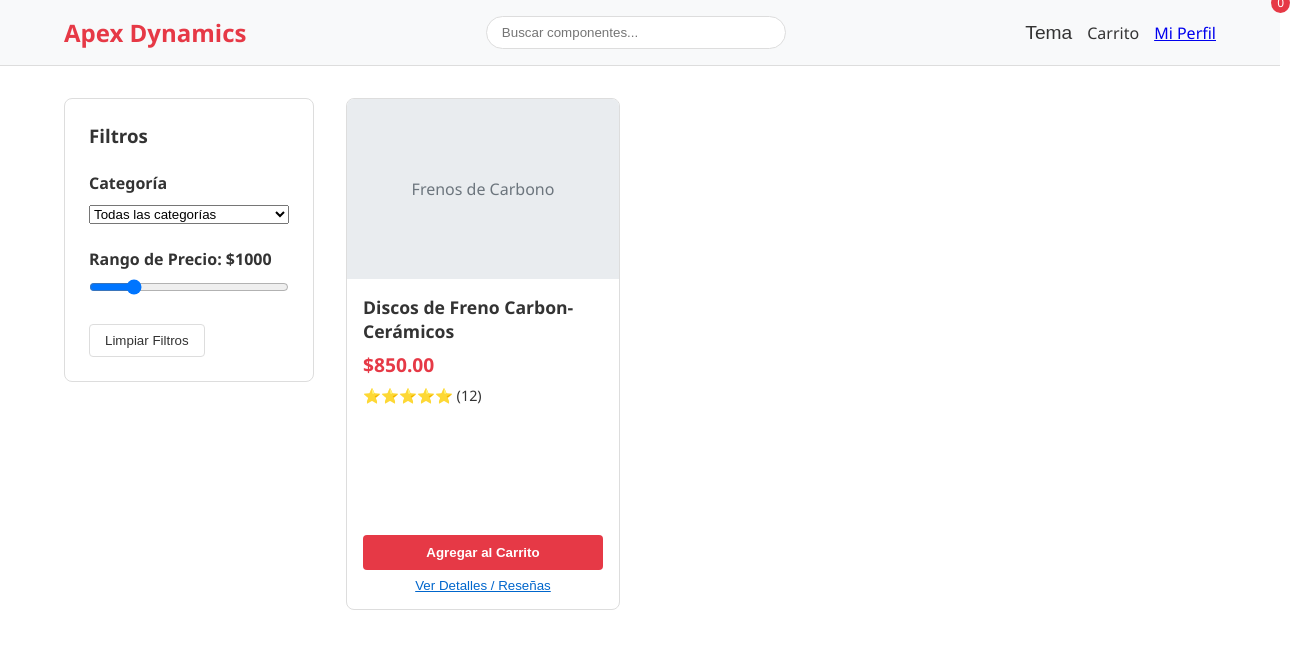
Repository: Niwrad774/Apex-Dynamics-Ecomerce
Page: html/cliente.html
An editor plug-in stored every save of this project. The page is shown before and after a run of saves, followed by the edit.
The browser window is 1280 px wide. The page is 1290 px wide, so the pictures cover 1290 px, including what lies to the right of the window. The pictures show the whole page.

Above is the page before, as saved 2026-06-11 09:14:21.

After the next 2 saves:
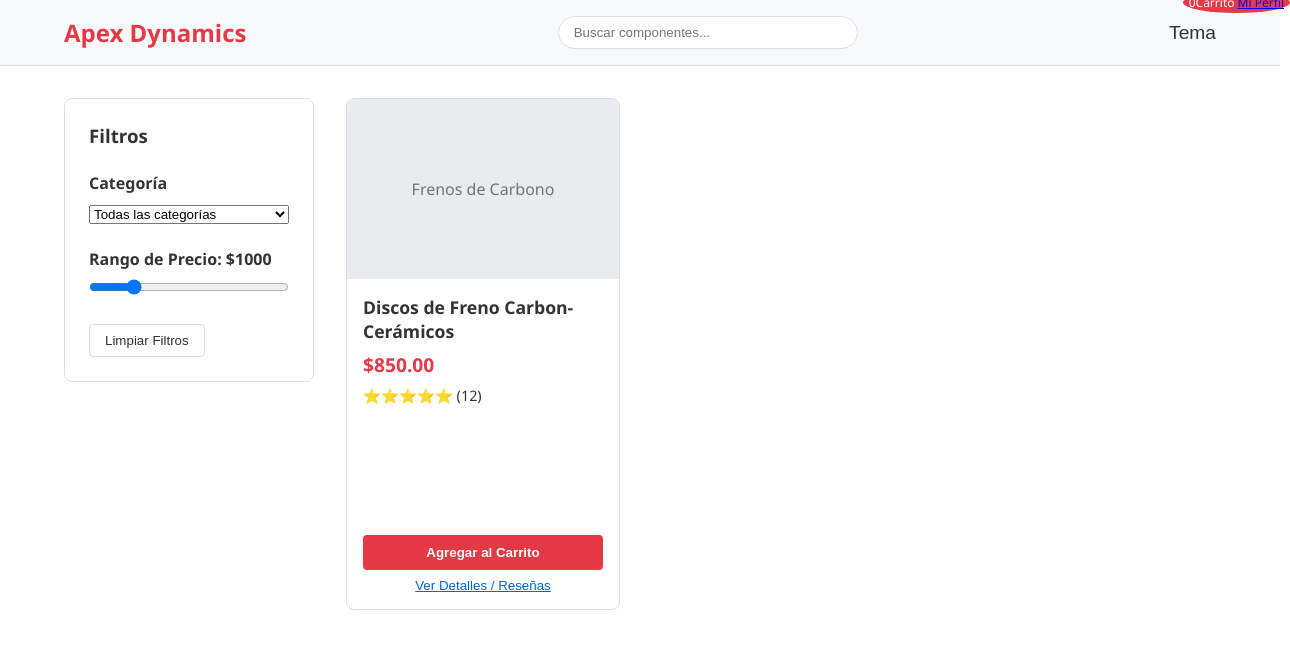
The 2 saves are shown as one change because they came seconds apart.
The last was saved 18 s later.
--- a/html/cliente.html
+++ b/html/cliente.html
@@ -14,7 +14,7 @@
         </div>
         <nav class="nav-actions">
             <button id="theme-toggle" class="btn-icon">Tema</button>
-            <a><span id="cart-count">0</span>Carrito</a>
+            <button<span id="cart-count">0</span>Carrito</Bu>
             <a href="#perfil" class="profile-link">Mi Perfil</a>
         </nav>
     </header>
